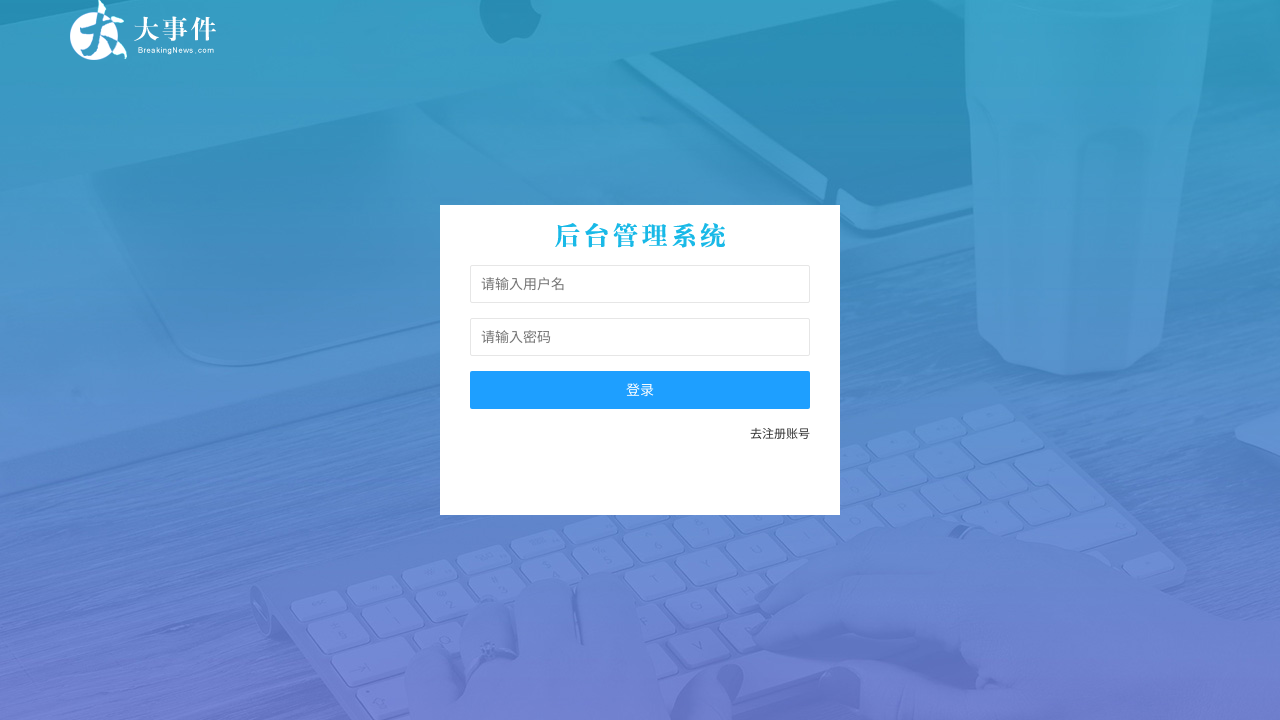
Repository: R1Deemo/Main-project
Page: login.html
An editor plug-in stored every save of this project. The page is shown before and after the next save, followed by the edit.
The browser window is 1280 px wide. The pictures show the whole page.

Above is the page before, as saved 2022-10-28 20:23:02.

After the next save:
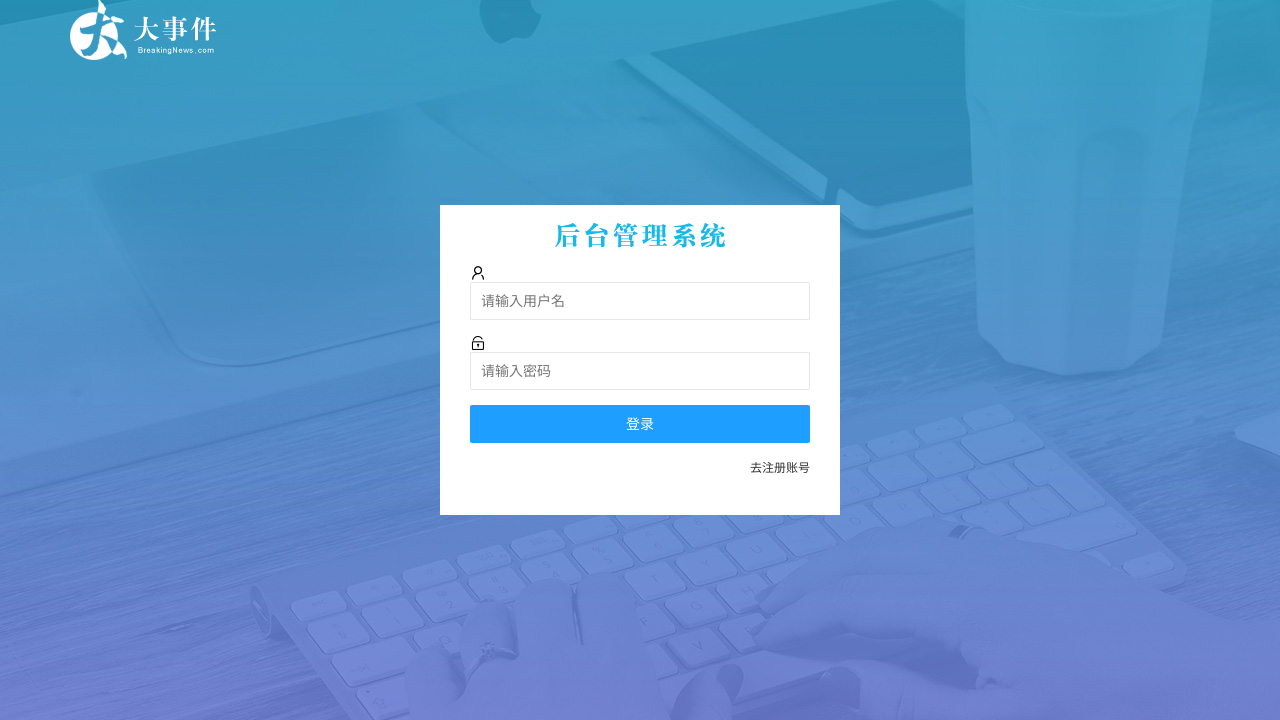
Saved 8 min 44 s later.
--- a/login.html
+++ b/login.html
@@ -24,10 +24,12 @@
             <form class="layui-form" action="">
                 <!-- 用户名-->
                 <div class="layui-form-item">
+                    <i class="layui-icon layui-icon-username"></i>
                     <input type="text" name="username" required lay-verify="required" placeholder="请输入用户名" autocomplete="off" class="layui-input">
                 </div>
                 <!-- 密码 -->
                 <div class="layui-form-item">
+                    <i class="layui-icon layui-icon-password"></i>
                     <input type="password" name="password" required lay-verify="required" placeholder="请输入密码" autocomplete="off" class="layui-input">
                 </div>
                 <!-- 登录按钮 -->

After the save that followed:
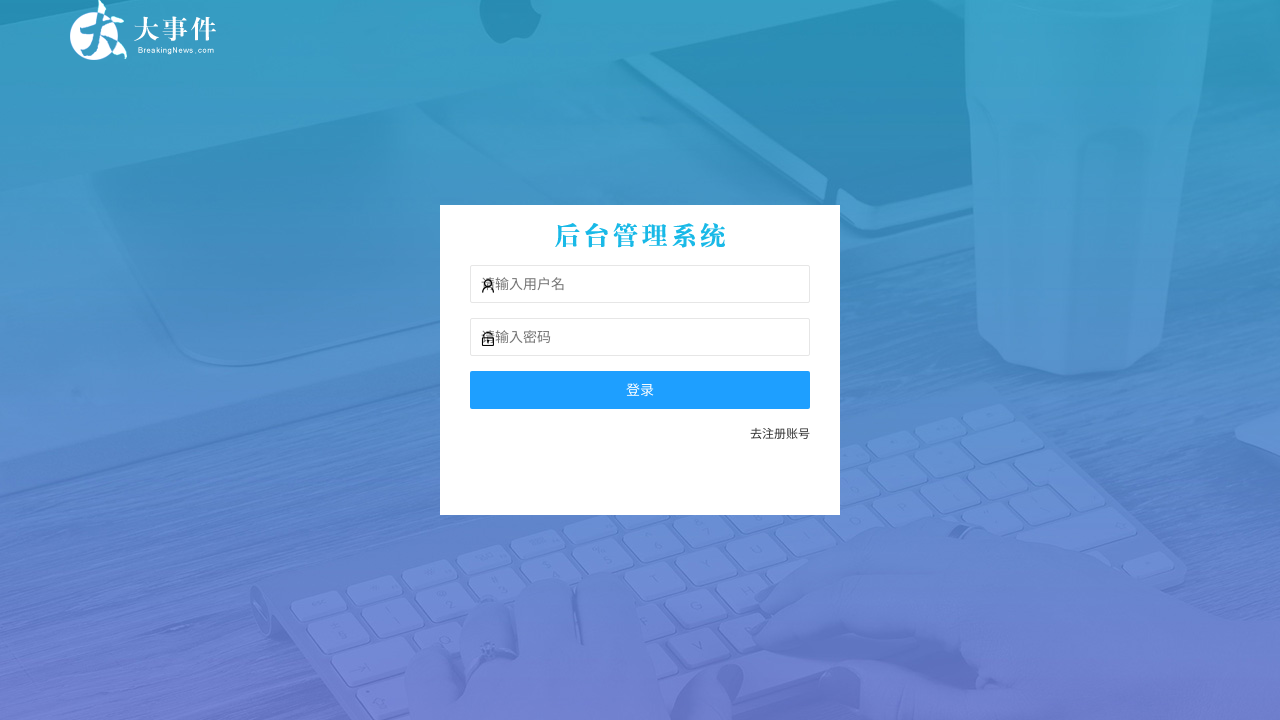
Saved 52 s later.
--- a/assets/css/login.css
+++ b/assets/css/login.css
@@ -41,3 +41,13 @@ body {
 .links a {
     font-size: 12px;
 }
+
+.layui-form-item {
+    position: relative;
+}
+
+.layui-icon {
+    position: absolute;
+    left: 10px;
+    top: 13px;
+}
